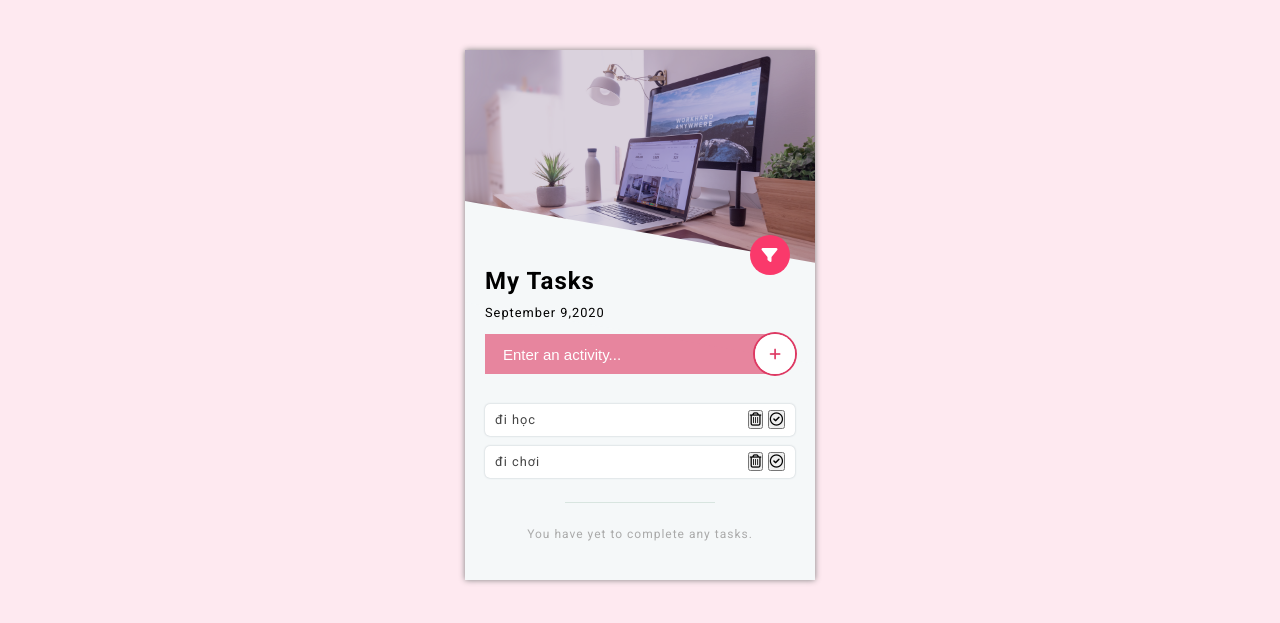
Repository: phongthanhh/JS-ToDoList
Page: index.html
These files come from the project's save history. The page is drawn as it stood at one moment and after the next save; the edit follows.
The browser window is 1280 px wide. The pictures show the whole page.

Above is the page before, as saved 2022-12-20 15:55:59.

### index.html
<!DOCTYPE html>
<html lang="en">

<head>
    <meta charset="UTF-8">
    <meta name="viewport" content="width=device-width, initial-scale=1.0">
    <meta http-equiv="X-UA-Compatible" content="ie=edge">
    <title>Document</title>

    <link href="https://fonts.googleapis.com/css?family=Roboto:300,400,700&display=swap" rel="stylesheet">
    <link rel="stylesheet" href="https://cdnjs.cloudflare.com/ajax/libs/font-awesome/6.2.1/css/all.min.css" integrity="sha512-MV7K8+y+gLIBoVD59lQIYicR65iaqukzvf/nwasF0nqhPay5w/9lJmVM2hMDcnK1OnMGCdVK+iQrJ7lzPJQd1w==" crossorigin="anonymous" referrerpolicy="no-referrer" />

    <link rel="stylesheet" href="./css/style.css">
</head>

<body>

    <div class="card">
        <div class="card__header">
            <img src="./img/X2oObC4.png" />
        </div>
        <!-- <h2>hello!</h2> -->
        <div class="card__body">
            <div class="filter-btn">
                <a id="one" href="#"><i class="fa fa-check-circle"></i></a>
                <a id="two" href="#"><i class="fa fa-sort-alpha-down"></i></a>
                <a id="three" href="#"><i class="fa fa-sort-alpha-up"></i></a>
                <a id="all" href="#"><i class="fa fa-clock"></i></a>
                <span class="toggle-btn">
                    <i class="fa fa-filter"></i>
                    <i class="fa fa-times"></i>
                </span>
            </div>
            <div class="card__content">
                <div class="card__title">
                    <h2>My Tasks</h2>
                    <p>September 9,2020</p>

                </div>
                <div class="card__add">
                    <input id="newTask" type="text" placeholder="Enter an activity...">
                    <button id="addItem">
                        <i class="fa fa-plus"></i>
                    </button>
                </div>
                <div class="card__todo">
                    <!-- Uncompleted tasks -->
                    <ul class="todo" id="todo"></ul>
                    <!-- Completed tasks -->
                    <ul class="todo" id="completed"></ul>
                </div>

            </div>

        </div>


    </div>

    <script src="https://code.jquery.com/jquery-3.4.1.js"
        integrity="sha256-WpOohJOqMqqyKL9FccASB9O0KwACQJpFTUBLTYOVvVU=" crossorigin="anonymous"></script>

    <script>
        $(function () {
            $('.toggle-btn').click(function () {
                $('.filter-btn').toggleClass('open');

            });

            $('.filter-btn a').click(function () {
                $('.filter-btn').removeClass('open');

            });

        });
    </script>

    <!-- <script src="./js/ToDo.js"></script>
    <script src="./js/ToDoList.js"></script> -->
    <script type="module" src="./js/main.js"></script>




</body>

</html>

### css/style.css


body {
  font-family: 'Roboto', sans-serif;
  background-color: #FEE9F0;
  font-size: 16px;
}

*{
  margin: 0;
  padding: 0;
  box-sizing: border-box;
}

.card {
  margin: 50px auto;
  background-color: #f5f8f9;
  /* height: 430px; */
  width: 350px;
  box-shadow: 0 0 6px grey;
  overflow: hidden;
  line-height: 2rem;
  letter-spacing: 1px;
}


.card__header {
  height: 215px;
  overflow: hidden;
  position: relative;
}

.card__header img{
  width: 100%;
}

.card__header::after {
  content: '';
  position: absolute;
  left: 0;
  top: 0;
 width: 100%;
 height: 100%;
  background: rgba(71, 32, 84, 0.2);
}

.card__body{
  position: relative;
}
.card__body::before{
  content: '';
  position: absolute;
  top: -35px;
  left: -50px;
  background-color: #f5f8f9;
  height: 100px;
  width: 120%;
  display: block;
  transform: rotate(10deg);

}

.card__content{
  position: relative;
  padding: 0 20px;

}

.card__title p{
  font-size: 0.8rem;
}

/* Filler Button */
.filter-btn {
  position: absolute;
  z-index: 2;
  right: 0;
  width: 40px;
  height: 40px;
  transition: all 0.4s ease-in-out 0s;
}

.filter-btn span i{
  width: 40px;
  height: 40px;
  background: #FA396B;
  display: block;
  position: absolute;
  right: 25px;
  top: -30px;
  text-align: center;
  color: #fff;
  line-height: 40px;
  border-radius: 50%;
  font-size: 1rem;
  z-index: 999;
}
span.toggle-btn:hover{
      cursor: pointer;
}
.filter-btn a {
  position: absolute;
  width: 40px;
  height: 40px;
  line-height: 40px;
  text-align: center;
  right: 25px;
  display: block;
  top: -30px;
  color: #fff;
  z-index: 99;
  font-size: 1.2rem;
  transition: all .4s cubic-bezier(.68, 1, .265, 1)
}

.filter-btn:after {
  height: 150px;
    width: 150px;
    content: '';
    background-color: #FA396B;
    position: absolute;
    top: -86px;
    right: -35px;
    border-radius: 50%;
    transform: scale(0);
    transition: all 0.3s ease-in-out 0s;
}

.filter-btn.open span.toggle-btn i{
  background-color: #DE3963;
}

.filter-btn .fa-times {
  display: none;
}

.filter-btn .fa-filter {
  display: block;
}

.filter-btn.open .fa-times {
  display: block;
}

.filter-btn.open .fa-filter {
  display: none;
}

.open:after {
  transform: scale(1);
}

.filter-btn.open a:nth-child(1) {
  transform: translate(9px, -48px);
}

.filter-btn.open a:nth-child(2) {
  transform: translate(-42px, -26px);
}

.filter-btn.open a:nth-child(3) {
  transform: translate(-39px, 29px);
}

.filter-btn.open a:nth-child(4) {
  transform: translate(6px, 52px);
}

/* Add */
.card__add{

    /* background: #DE3963; */
    display: flex;
  position: relative;

  margin-top: 5px;
}
.card__add input {
  width: 100%;
    height: 40px;
    /* float: left; */
    color: #fff;
    font-size: 15px;
    font-weight: 400;
    text-indent: 18px;
    /* padding: 0 60px 0 0; */
    background: rgba(222, 57, 99, 0.6);
    /* border-radius: 3px; */
    border-top-right-radius: 25px;
    border-bottom-right-radius: 25px;
    border: 0px;
    box-shadow: none;
    outline: none;

}

.card__add input::placeholder{
  color: #fff;
}

.card__add button{

  border: none;
  border-radius: 50%;
  position: absolute;
  top:0;
  right: 0;
  /* width: 40px;
  height: 40px; */
  box-shadow: 0 0 0 2px rgba(222, 57, 99);
  cursor: pointer;
  outline: none;
}
.card__add i{
  width: 40px;
  height: 40px;
  border-radius: 25px;
  background: #fff;
  line-height: 40px;
  color: #DE3963;

}

/* Todo list */
ul.todo {
  list-style: none;

}
ul.todo li {
  display: flex;
  justify-content: space-between;
  width: 100%;
  min-height: 30px;
  font-size: 0.8rem;
  font-weight: 500;
  color: #444;
  background: #fff;
  border-radius: 5px;
  box-shadow: 0px 0px 2px rgba(44, 62, 80, 0.3);
  margin: 0 0 10px 0;
  padding: 0 10px;
  word-break: break-word;
}

ul.todo#todo{
  padding-top: 30px;
}
ul.todo#completed {
  position: relative;
  padding: 30px 0;
}

ul.todo#completed:before {
  content: '';
  width: 150px;
  height: 1px;
  background: #d8e5e0;

  position: absolute;
  top: 14px;
  left: 50%;

  margin: 0 0 0 -75px;
}

ul.todo#todo:empty:after {
  content: 'You have nothing to-do!';
  margin: 15px 0 0 0;
}

ul.todo#completed:empty:after {
  content: 'You have yet to complete any tasks.';
}


ul.todo#todo:after,
ul.todo#completed:after {
  width: 100%;
  display: block;
  text-align: center;
  font-size: 12px;
  color: #aaa;
}

ul.todo li .buttons button {
  background: none;
  border: 0px;
  box-shadow: none;
  outline: none;
  cursor: pointer;
  position: relative;
  padding: 5px 0 5px 5px;
  font-size: 1rem;
}
ul.todo li .buttons .remove{
  color: #aaa;
}
ul.todo li .buttons .remove:hover{
  color: #FA396B;
}

ul.todo li .buttons .complete{
  color: #aaa;

}

ul.todo li .buttons .complete:hover{
  color: #25b99a;
}

ul.todo#todo li .buttons .complete .fas{
  display: none;
}

ul.todo#todo li .buttons .complete .far{
  display: block;
}

ul.todo#completed li .buttons .complete .fas{
  display: block;
  color: #25b99a;
}

ul.todo#completed li .buttons .complete .far{
  display: none;
}

ul.todo#completed span{
  color: #25b99a;
}

/* .toDoButton button{
  border: none;
  background: transparent;
  cursor: pointer;
}
.toDoButton button i{
  font-size: 1rem;
  color: rgb(152, 150, 150);
}
.toDoButton .btn-del:hover i {
color: #FA396B;
}
.toDoButton .btn-check:hover i {
  color: rgb(19, 170, 19);
  } */

### js/main.js
import ToDoList from "./ToDoList.js";

let ToDoListMain = new ToDoList();

const getArr = () => {
    ToDoListMain.renderToDo()
    ToDoListMain.addToDo()
}
getArr()

### js/ToDoList.js
import ToDo from "./ToDo.js";

const getEl = id => document.getElementById(id);

export default class TodoList extends ToDo {

    ToDoArray = [
        {
            id: 1,
            content: 'đi học',
            status: '1'
        },
        {
            id: 2,
            content: 'đi chơi',
            status: '1'
        }
    ]

    renderToDo = () => {
        let getToDo = getEl('todo')
        let contentTodO = ''
        this.ToDoArray.map((item, index) => {
            contentTodO += `
                <li>${item.content}
                    <div class='toDoButton' >
                        <button class='btn-del'> <i class="fa-regular fa-trash-can"></i></button>
                        <button class='btn-check'> <i class="fa-regular fa-circle-check"></i></button>
                   </div>
                </li>
            `
        })
        getToDo.innerHTML = contentTodO
    }
    addToDo = (ToDoObj) => {
        const getAddTodO = getEl('addItem')
        getAddTodO.onclick = () => {
            let valueNewTask = getEl('newTask').value
            if (valueNewTask) {

            }
        }

    }

}

### js/ToDo.js
class ToDo {
    constructor(id, content, status) {
        this.id = id,
            this.content = content,
            this.status = status
    }
}
export default ToDo

After the next save:
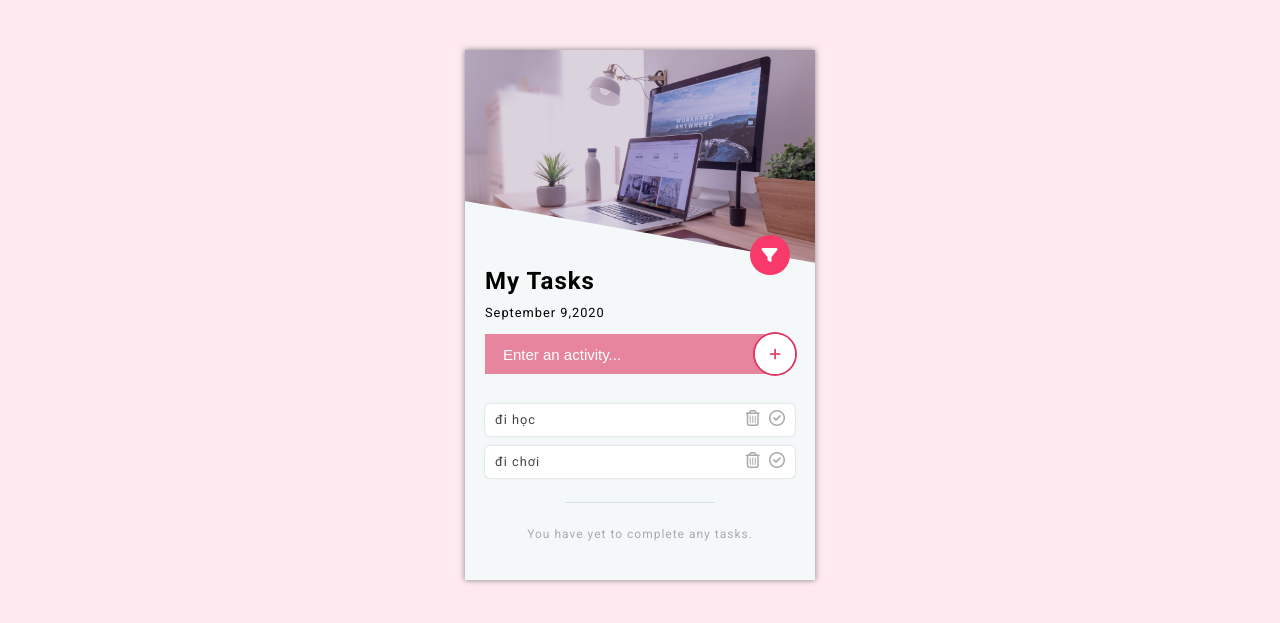
Saved 67 s later.
--- a/js/ToDoList.js
+++ b/js/ToDoList.js
@@ -23,9 +23,9 @@ export default class TodoList extends ToDo {
         this.ToDoArray.map((item, index) => {
             contentTodO += `
                 <li>${item.content}
-                    <div class='toDoButton' >
-                        <button class='btn-del'> <i class="fa-regular fa-trash-can"></i></button>
-                        <button class='btn-check'> <i class="fa-regular fa-circle-check"></i></button>
+                    <div class='buttons' >
+                        <button class='remove'> <i class="fa-regular fa-trash-can"></i></button>
+                        <button class='complete'> <i class="fa-regular fa-circle-check"></i></button>
                    </div>
                 </li>
             `
